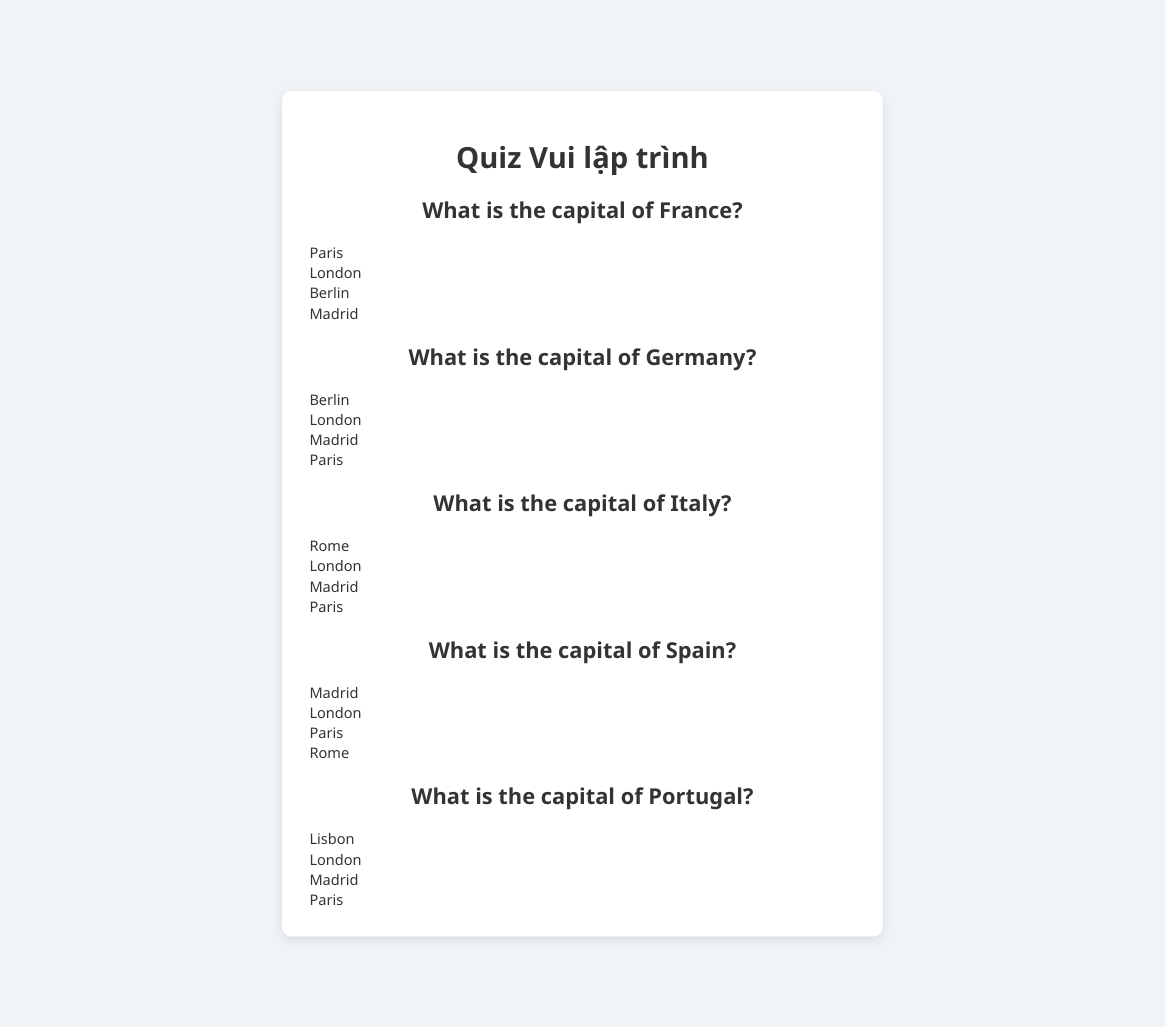
Repository: HuynhPPP/Quiz_App
Page: /
An editor plug-in stored every save of this project. The page is shown before and after the next save, followed by the edit.
The browser window is 1280 px wide. The pictures show the whole page, at 91% of full size.
The project was rebuilt for these pictures with package versions that can differ from the ones it lists, and the page was loaded fresh each time. Also part of the build but not shown: vite.config.js.

Above is the page before, as saved 2025-09-26 14:30:17.

After the next save:
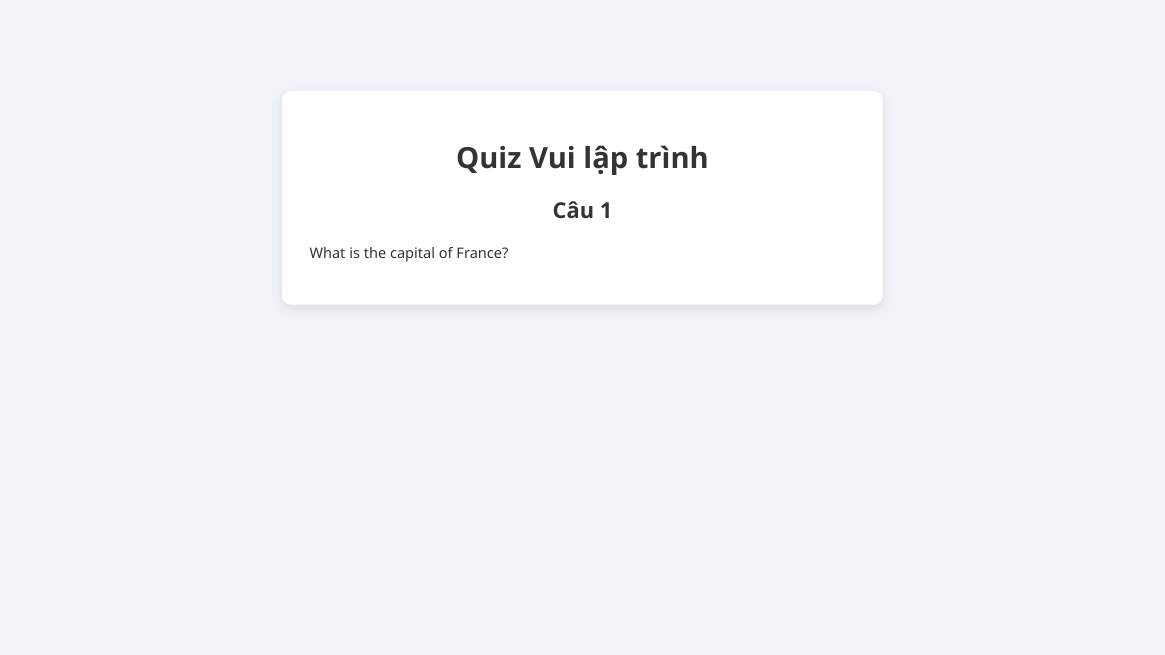
Saved 38 s later.
--- a/src/components/Quiz.jsx
+++ b/src/components/Quiz.jsx
@@ -32,14 +32,8 @@ const quizData = [
 const Quiz = () => {
   return (
     <div>
-        {quizData.map((question, index) => (
-            <div key={index}>
-                <h2>{question.question}</h2>
-                {question.options.map((option, index) => (
-                    <div key={index}>{option}</div>
-                ))}
-            </div>
-        ))}
+        <h2>Câu 1</h2>
+        <p>{quizData[0].question}</p>
     </div>
   )
 }
